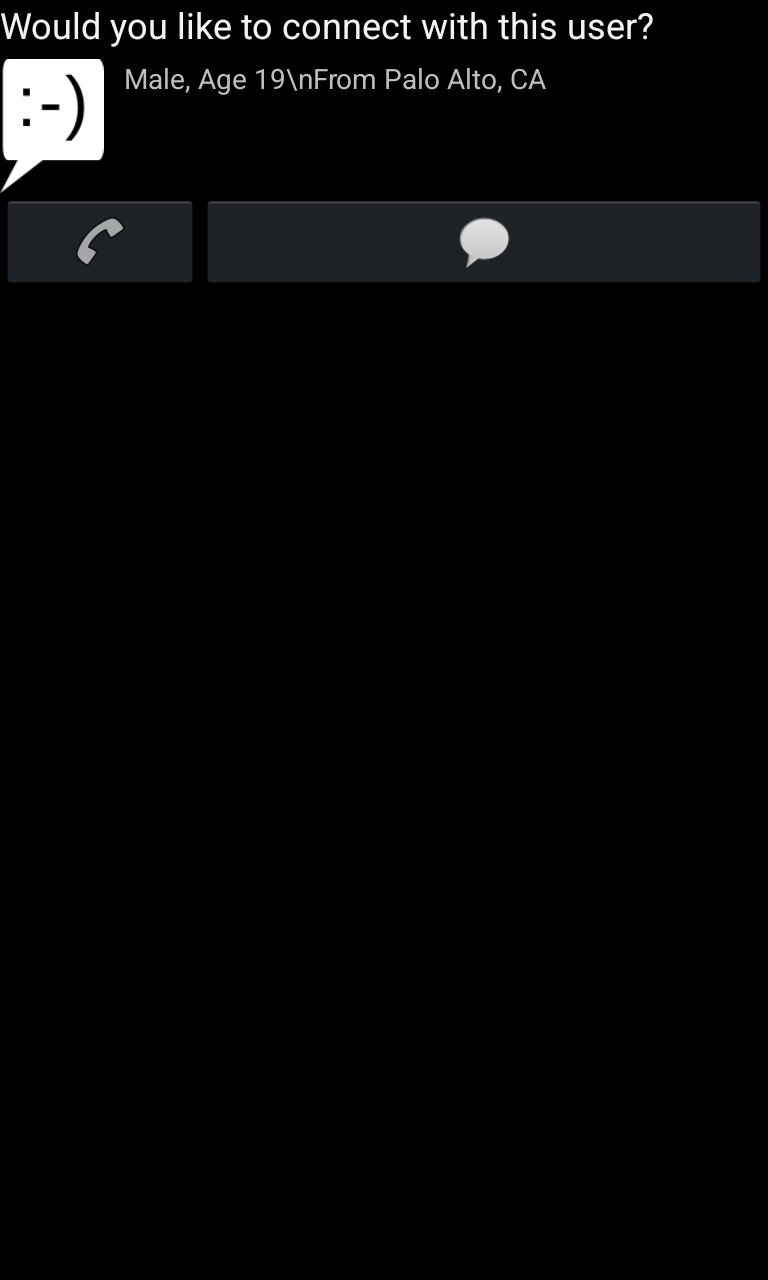
Repository: thomasteisberg/FamiliarFaces
Layout: Android/FamiliarFacesAndroid/res/layout/proposeconnection.xml
The author's editor kept a copy of each file at every save. The layout is drawn from the files as they stood at one save, then again after the next save.
It is drawn on a 768 x 1280 px phone screen (xhdpi) without system bars, with theme android:Theme.Holo; the app's code is not run.

Above is the layout before, as saved 2014-02-15 14:15:16.

After the next save:
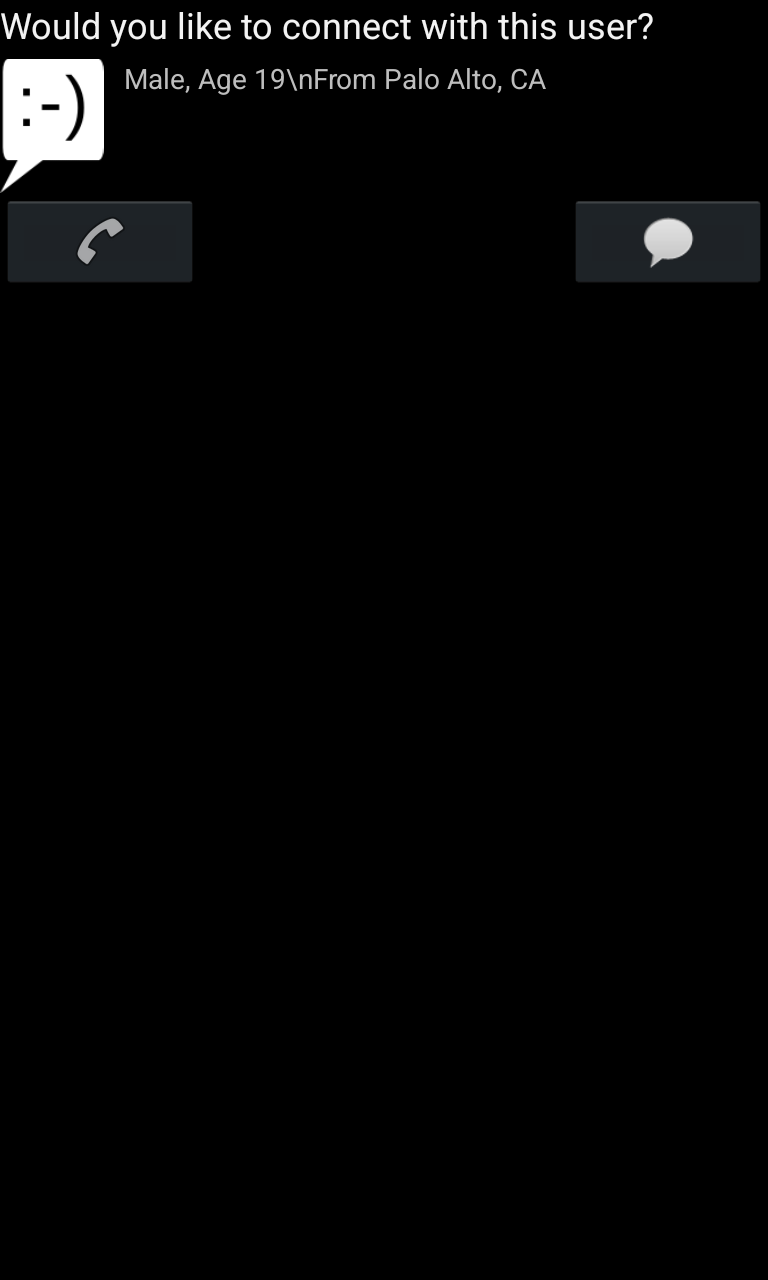
Saved 39 s later.
--- a/Android/FamiliarFacesAndroid/res/layout/proposeconnection.xml
+++ b/Android/FamiliarFacesAndroid/res/layout/proposeconnection.xml
@@ -49,7 +49,6 @@
             android:layout_width="100dip"
             android:layout_height="wrap_content"
             android:layout_centerVertical="true"
-            android:layout_toRightOf="@+id/imageButton1"
             android:layout_alignParentRight="true"
             android:src="@android:drawable/sym_action_chat" />
 
